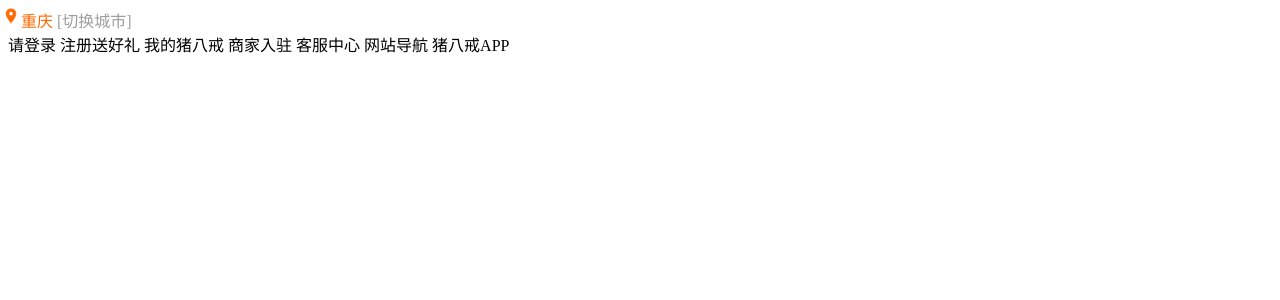
Repository: 13982720426/zbj
Page: HTML/index.html
The author's editor kept a copy of each file at every save. The page is drawn from the files as they stood at one save, then again after the next save.
The browser window is 1280 px wide. The pictures show the whole page.

Above is the page before, as saved 2021-07-15 13:02:34.

After the next save:
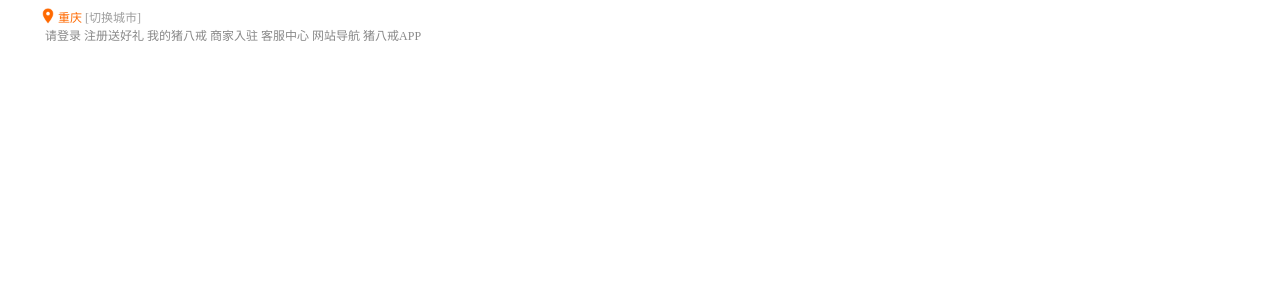
Saved 9 s later.
--- a/HTML/css/index.css
+++ b/HTML/css/index.css
@@ -1,4 +1,4 @@
-.header-top-warp-v1 .header-top {
+.header-top {
   margin: 0 auto;
   height: 36px;
   width: 1190px;
